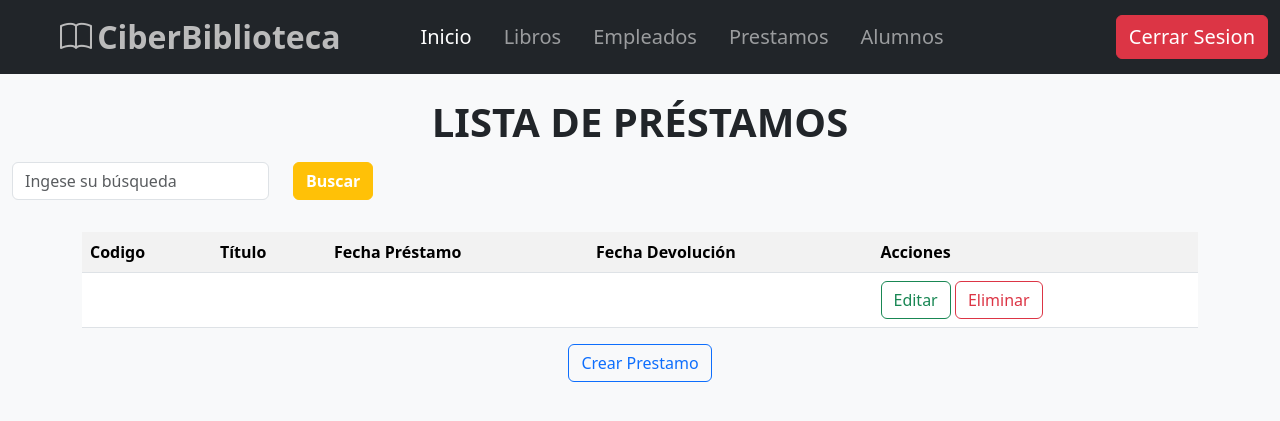
Repository: WilmerOcampo/LP1_Biblioteca
Page: http://localhost/Proyecto/listaPrestamos.jsp
These files come from the project's save history. The page is drawn as it stood at one moment and after the next save; the edit follows.
The browser window is 1280 px wide. The pictures show the whole page.
The page is served by Tomcat 10. Other server files are loaded and not shown.

Above is the page before, as saved 2023-05-31 15:53:25.

### Proyecto/src/main/webapp/listaPrestamos.jsp
<%@ page language="java" contentType="text/html; charset=ISO-8859-1"
    pageEncoding="ISO-8859-1"%>
<!DOCTYPE html>
<html>
<head>
<meta charset="ISO-8859-1">
<title>Préstamos</title>
<link href="https://cdn.jsdelivr.net/npm/bootstrap@5.3.0-alpha3/dist/css/bootstrap.min.css" rel="stylesheet"
    integrity="sha384-KK94CHFLLe+nY2dmCWGMq91rCGa5gtU4mk92HdvYe+M/SXH301p5ILy+dN9+nJOZ" crossorigin="anonymous">
<link rel="stylesheet" href="https://cdn.jsdelivr.net/npm/bootstrap-icons@1.8.1/font/bootstrap-icons.css">
</head>

<body class="bg-light">

    <!-- Inicio del menu -->
      <nav class="navbar navbar-expand-md navbar-dark bg-dark">
        <div class="container-fluid">

        <!-- icono o nombre -->
        <a class="navbar-brand" href="#" style="padding-left: 3rem; padding-right: 3rem;">
            <i class="bi bi-book" style="font-size: 2rem; color:#bbb"></i>
            <span style="font-size: 2rem; color:#bbb"><b>CiberBiblioteca</b></span>
          </a>

        <!-- boton del menu -->
        <button class="navbar-toggler" type="button" data-bs-toggle="collapse" data-bs-target="#menu" aria-controls="navbarSupportedContent" aria-expanded="false" aria-label="Toggle navigation">
            <span class="navbar-toggler-icon"></span>
        </button>

          <!-- elementos del menu colapsable -->
        <div class="collapse navbar-collapse" id="menu">
            <ul class="navbar-nav me-auto" style="font-size: 20px">
                  <li class="nav-item" style="margin:0 0.5rem">
                    <a class="nav-link active" aria-current="page" href="index.jsp">Inicio</a>
                  </li>
                  <li class="nav-item" style="margin:0 0.5rem">
                    <a class="nav-link" href="listaLibros.jsp">Libros</a>
                  </li>
                  <li class="nav-item" style="margin:0 0.5rem">
                    <a class="nav-link" href="listaEmpleados.jsp">Empleados</a>
                  </li>
                  <li class="nav-item" style="margin:0 0.5rem">
                    <a class="nav-link" href="listaPrestamos.jsp">Prestamos</a>
                  </li>
                  <li class="nav-item" style="margin:0 0.5rem">
                    <a class="nav-link" href="listaAlumnos.jsp">Alumnos</a>
                  </li>
                 </ul>

          <hr class="d-md-none text-white-50">

         <!--boton Informacion -->
          <form class="d-flex">
            <button class="btn btn-danger d-none d-md-inline-block " type="submit" style="font-size: 20px;">Cerrar Sesion</button>
          </form>
        </div>
        </div>
      </nav>

	<br>
    <h1 class="d-flex justify-content-center" style="text-transform: uppercase;"><strong>Lista de Préstamos</strong></h1>

    <nav class="navbar">
        <div class="container-fluid">
            <form class="d-flex" role="search">
                <input class="form-control me-4" type="search" placeholder="Ingese su búsqueda" aria-label="Search">
                <button class="btn btn-warning" type="submit" style="color: #fff; font-weight:600">Buscar</button>
            </form>
        </div>
    </nav><br>

    <div class="container">

        <table class="table table-striped">
            <tr>
                <th scope="col">Codigo</th>
                <th scope="col">Título</th>
                <th scope="col">Fecha Préstamo</th>
                <th scope="col">Fecha Devolución</th>
                <th scope="col">Acciones</th>
            </tr>

            <tr>
                <th></th>
                <td></td>
                <td></td>
                <td></td>
                <td><a class="btn btn-outline-success" href="">Editar</a>
                    <a class="btn btn-outline-danger" href="#" onclick="confirmarEliminacion()">Eliminar</a>
                </td>
            </tr>
        </table>

        <div class="d-flex justify-content-center">
            <input class="btn btn-outline-primary" type="button" value="Crear Prestamo"
                onclick="window.location.href='devolverLibro.jsp'">
        </div>

    </div>

    <script src="https://cdn.jsdelivr.net/npm/bootstrap@5.3.0-alpha3/dist/js/bootstrap.bundle.min.js"
        integrity="sha384-ENjdO4Dr2bkBIFxQpeoTz1HIcje39Wm4jDKdf19U8gI4ddQ3GYNS7NTKfAdVQSZe"
        crossorigin="anonymous"></script>

<script>
	function confirmarEliminacion(codigo) {
		if (confirm("¿Estás seguro de que deseas eliminar este registro?")) {
			window.location.href = "ControladorClientes?instruccion=eliminar&codigo=" + codigo;
		}
	}
</script>

</body>
</html>

After the next save:
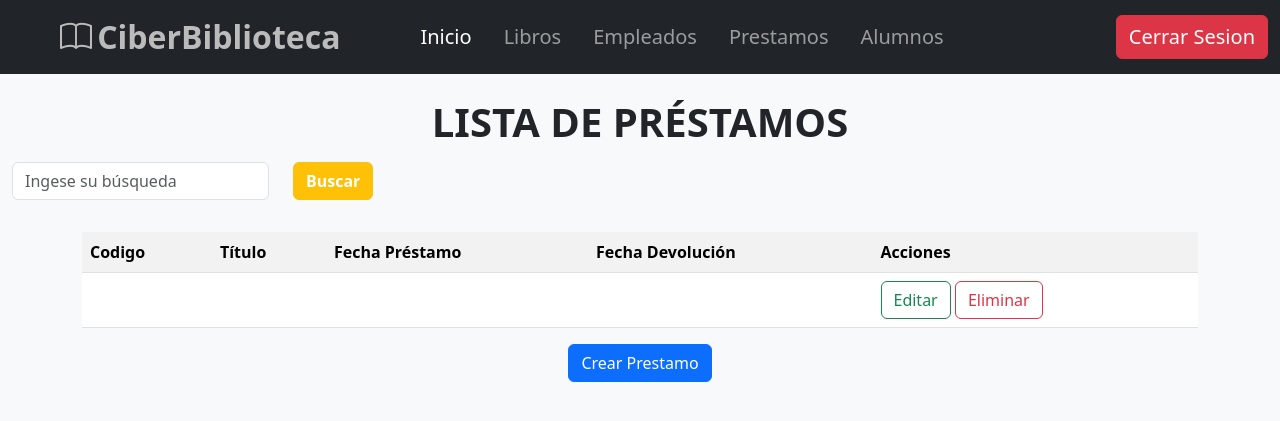
Saved 4 s later.
--- a/Proyecto/src/main/webapp/listaPrestamos.jsp
+++ b/Proyecto/src/main/webapp/listaPrestamos.jsp
@@ -92,7 +92,7 @@
         </table>
 
         <div class="d-flex justify-content-center">
-            <input class="btn btn-outline-primary" type="button" value="Crear Prestamo"
+            <input class="btn btn-primary" type="button" value="Crear Prestamo"
                 onclick="window.location.href='devolverLibro.jsp'">
         </div>
 
